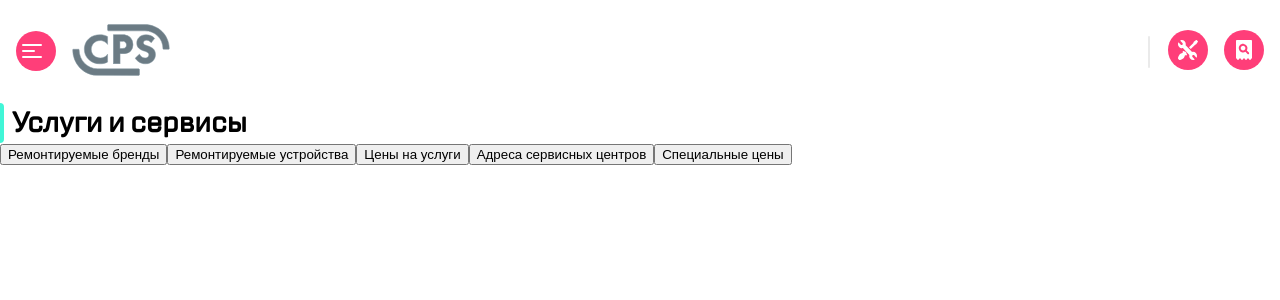
Repository: sem1103/bem
Page: index.html
The author's editor kept a copy of each file at every save. The page is drawn from the files as they stood at one save, then again after the next save.
The browser window is 1280 px wide. The pictures show the whole page.

Above is the page before, as saved 2023-12-27 11:07:51.

### index.html
<!DOCTYPE html>
<html lang="en">
<head>
    <meta charset="UTF-8">
    <meta name="viewport" content="width=device-width, initial-scale=1.0">
    <title>CPS</title>
    <link rel="stylesheet" href="styles/reset.css">
    <link rel="stylesheet" href="styles/main.css">
</head>
<body>
    <div id="page">
        <header>
            <nav>
                <div class="burger">
                    <button class="burger__btn ">
                        <span></span>
                        <span></span>
                        <span></span>
                    </button>
                </div>

                <div class="burger-menu">

                    <ul class="burger-menu__list">
                        <li><a href="">Главная</a></li>
                        <li><a href="">Услуги и сервисы</a></li>
                        <li><a href="">Контакты</a></li>
                        <li><a href="">
                            <svg xmlns="http://www.w3.org/2000/svg" width="40" height="40" viewBox="0 0 40 40" fill="none">
                                <rect width="40" height="40" rx="20" fill="#FF3E79"/>
                                <path fill-rule="evenodd" clip-rule="evenodd" d="M12.7602 23.25L15.3002 22.96C15.9102 22.89 16.5102 23.1 16.9402 23.53L18.7802 25.37C21.6102 23.93 23.9302 21.62 25.3702 18.78L23.5202 16.93C23.0902 16.5 22.8802 15.9 22.9502 15.29L23.2402 12.77C23.3602 11.76 24.2102 11 25.2302 11H26.9602C28.0902 11 29.0302 11.94 28.9602 13.07C28.4302 21.61 21.6002 28.43 13.0702 28.96C11.9402 29.03 11.0002 28.09 11.0002 26.96V25.23C10.9902 24.22 11.7502 23.37 12.7602 23.25Z" fill="white"/>
                              </svg>
                        </a></li>
                        <li><a href="">
                            <svg xmlns="http://www.w3.org/2000/svg" width="40" height="40" viewBox="0 0 40 40" fill="none">
                                <rect width="40" height="40" rx="20" fill="#FF3E79"/>
                                <path fill-rule="evenodd" clip-rule="evenodd" d="M28 11H12C10.9 11 10.01 11.9 10.01 13L10 31L14 26H28C29.1 26 30 25.1 30 24V13C30 11.9 29.1 11 28 11ZM21 22H15C14.45 22 14 21.55 14 21C14 20.45 14.45 20 15 20H21C21.55 20 22 20.45 22 21C22 21.55 21.55 22 21 22ZM25 17H15C14.45 17 14 16.55 14 16C14 15.45 14.45 15 15 15H25C25.55 15 26 15.45 26 16C26 16.55 25.55 17 25 17Z" fill="white"/>
                                <mask id="mask0_0_1880" style="mask-type:luminance" maskUnits="userSpaceOnUse" x="10" y="11" width="20" height="20">
                                  <path fill-rule="evenodd" clip-rule="evenodd" d="M28 11H12C10.9 11 10.01 11.9 10.01 13L10 31L14 26H28C29.1 26 30 25.1 30 24V13C30 11.9 29.1 11 28 11ZM21 22H15C14.45 22 14 21.55 14 21C14 20.45 14.45 20 15 20H21C21.55 20 22 20.45 22 21C22 21.55 21.55 22 21 22ZM25 17H15C14.45 17 14 16.55 14 16C14 15.45 14.45 15 15 15H25C25.55 15 26 15.45 26 16C26 16.55 25.55 17 25 17Z" fill="white"/>
                                </mask>
                                <g mask="url(#mask0_0_1880)">
                                </g>
                              </svg>
                        </a></li>
                        <li><a href="">
                            <svg xmlns="http://www.w3.org/2000/svg" width="40" height="40" viewBox="0 0 40 40" fill="none">
                                <rect width="40" height="40" rx="20" fill="#FF3E79"/>
                                <path d="M20.5 19C22.9853 19 25 16.9853 25 14.5C25 12.0147 22.9853 10 20.5 10C18.0147 10 16 12.0147 16 14.5C16 16.9853 18.0147 19 20.5 19Z" fill="white"/>
                                <path d="M10.0166 26.6118C9.88693 27.3412 10.5352 28 11.339 28H28.6604C29.4902 28 30.1125 27.3412 29.9829 26.6118C29.2309 22.4 25.0561 20 19.9997 20C14.9433 20 10.7686 22.4 10.0166 26.6118Z" fill="white"/>
                              </svg>
                        </a></li>
                    </ul>
                </div>

                <div class="logo">
                    <svg class="logo__item" xmlns="http://www.w3.org/2000/svg" width="98" height="52" viewBox="0 0 98 52" fill="none">
                        <path fill-rule="evenodd" clip-rule="evenodd" d="M36.5703 0.592529C36.018 0.592529 35.5703 1.04024 35.5703 1.59253V5.86748C35.5703 6.41977 36.018 6.86748 36.5703 6.86748H72.8973C83.0242 6.86748 90.9777 14.6641 90.9777 24.757C90.9777 25.0425 91.2092 25.274 91.4948 25.274H96.757C97.0425 25.274 97.274 25.0425 97.274 24.757C97.274 11.2677 86.432 0.592529 72.8973 0.592529H36.5703Z" fill="#6B7B84" stroke="#80949F" stroke-width="0.5"/>
                        <path fill-rule="evenodd" clip-rule="evenodd" d="M7.10682 25.7122C7.10682 25.4702 6.91059 25.2739 6.66853 25.2739H1.16436C0.922303 25.2739 0.726074 25.4702 0.726074 25.7122C0.726074 39.3616 10.9493 50.6311 24.1687 51.3686L66.5104 51.4064C67.063 51.4069 67.5113 50.959 67.5113 50.4064V45.8267C67.5113 45.2745 67.0635 44.8267 66.5113 44.8267H25.6265C15.3903 44.7984 7.10682 36.283 7.10682 25.7122Z" fill="#6B7B84" stroke="#80949F" stroke-width="0.5"/>
                        <path fill-rule="evenodd" clip-rule="evenodd" d="M28.1415 39.7924C30.8803 39.7924 33.1616 39.2603 35.4149 38.1655L35.5704 38.0199V30.1855L34.7273 31.2649C33.1049 33.0378 30.9259 34.0137 28.4608 34.0137C23.8692 34.0137 19.2575 31.0459 19.2575 25.3738C19.2575 21.0874 22.4381 16.532 28.2993 16.532C29.4688 16.532 32.313 16.8085 34.7232 19.368L35.5704 20.4117V12.6127L35.4218 12.4653C33.1258 11.3147 30.7843 10.7554 28.1137 10.7554C23.5467 10.7554 19.9821 11.9577 17.1438 14.4289C15.3435 15.9777 12.3408 19.4485 12.3408 25.2923C12.3408 29.6131 13.8793 32.9875 17.1669 35.9144C20.2252 38.5962 23.6163 39.7924 28.1415 39.7924Z" fill="#6B7B84"/>
                        <path d="M28.1415 39.7924C30.8803 39.7924 33.1616 39.2603 35.4149 38.1655L35.5704 38.0199V30.1855L34.7273 31.2649C33.1049 33.0378 30.9259 34.0137 28.4608 34.0137C23.8692 34.0137 19.2575 31.0459 19.2575 25.3738C19.2575 21.0874 22.4381 16.532 28.2993 16.532C29.4688 16.532 32.313 16.8085 34.7232 19.368L35.5704 20.4117V12.6127L35.4218 12.4653C33.1258 11.3147 30.7843 10.7554 28.1137 10.7554C23.5467 10.7554 19.9821 11.9577 17.1438 14.4289C15.3435 15.9777 12.3408 19.4485 12.3408 25.2923C12.3408 29.6131 13.8793 32.9875 17.1669 35.9144C20.2252 38.5962 23.6163 39.7924 28.1415 39.7924" stroke="#80949F" stroke-width="0.5"/>
                        <path fill-rule="evenodd" clip-rule="evenodd" d="M47.9111 17.2888H49.2755C50.5269 17.2888 51.9533 17.3571 53.0328 18.093C53.56 18.4695 54.4445 19.3412 54.4445 20.9246C54.4445 22.0946 53.9274 23.1437 53.0734 23.7984C51.9783 24.5932 50.6768 24.5476 49.6309 24.5476H47.9111V17.2888ZM50.977 29.8179C54.2084 29.8179 56.7377 28.8858 58.4943 27.1298C60.655 24.9735 60.9779 22.0073 60.9779 20.4435C60.9779 18.7703 60.5813 15.5066 57.9212 13.1435C55.7407 11.2328 53.4142 10.7554 50.1324 10.7554H41.3779V39.7924H48.0365V29.8179H50.977Z" fill="#6B7B84"/>
                        <path d="M47.9111 17.2888V17.0388H47.6611V17.2888H47.9111ZM53.0328 18.093L53.1782 17.8895L53.1736 17.8864L53.0328 18.093ZM53.0734 23.7984L53.2203 24.0007L53.2254 23.9968L53.0734 23.7984ZM47.9111 24.5476H47.6611V24.7976H47.9111V24.5476ZM58.4943 27.1298L58.3177 26.9529L58.3175 26.953L58.4943 27.1298ZM57.9212 13.1435L58.0872 12.9566L58.086 12.9555L57.9212 13.1435ZM41.3779 10.7554V10.5054H41.1279V10.7554H41.3779ZM41.3779 39.7924H41.1279V40.0424H41.3779V39.7924ZM48.0365 39.7924V40.0424H48.2865V39.7924H48.0365ZM48.0365 29.8179V29.5679H47.7865V29.8179H48.0365ZM47.9111 17.5388H49.2755V17.0388H47.9111V17.5388ZM49.2755 17.5388C50.5326 17.5388 51.8839 17.6123 52.892 18.2995L53.1736 17.8864C52.0227 17.1019 50.5212 17.0388 49.2755 17.0388V17.5388ZM52.8875 18.2964C53.3751 18.6447 54.1945 19.4495 54.1945 20.9246H54.6945C54.6945 19.233 53.7448 18.2943 53.1782 17.8895L52.8875 18.2964ZM54.1945 20.9246C54.1945 22.0205 53.7107 22.9948 52.9213 23.5999L53.2254 23.9968C54.1441 23.2926 54.6945 22.1687 54.6945 20.9246H54.1945ZM52.9265 23.596C51.9091 24.3345 50.6971 24.2976 49.6309 24.2976V24.7976C50.6564 24.7976 52.0475 24.8519 53.2202 24.0007L52.9265 23.596ZM49.6309 24.2976H47.9111V24.7976H49.6309V24.2976ZM48.1611 24.5476V17.2888H47.6611V24.5476H48.1611ZM50.977 30.0679C54.2568 30.0679 56.8563 29.1207 58.671 27.3066L58.3175 26.953C56.6191 28.6509 54.1599 29.5679 50.977 29.5679V30.0679ZM58.6709 27.3068C60.9029 25.0793 61.2279 22.0287 61.2279 20.4435H60.7279C60.7279 21.9859 60.407 24.8678 58.3177 26.9529L58.6709 27.3068ZM61.2279 20.4435C61.2279 18.7422 60.8263 15.3898 58.0872 12.9566L57.7552 13.3304C60.3363 15.6233 60.7279 18.7983 60.7279 20.4435H61.2279ZM58.086 12.9555C55.84 10.9874 53.4417 10.5054 50.1324 10.5054V11.0054C53.3867 11.0054 55.6415 11.4782 57.7564 13.3315L58.086 12.9555ZM50.1324 10.5054H41.3779V11.0054H50.1324V10.5054ZM41.1279 10.7554V39.7924H41.6279V10.7554H41.1279ZM41.3779 40.0424H48.0365V39.5424H41.3779V40.0424ZM48.2865 39.7924V29.8179H47.7865V39.7924H48.2865ZM48.0365 30.0679H50.977V29.5679H48.0365V30.0679Z" fill="#80949F"/>
                        <path fill-rule="evenodd" clip-rule="evenodd" d="M80.953 24.4687C79.5053 23.1861 77.4846 22.4425 75.1911 21.6713C73.5569 21.1027 72.6565 20.7894 72.0562 20.2421C71.5824 19.8399 71.3712 19.4033 71.3712 18.8262C71.3712 17.5622 72.2301 16.2113 74.6414 16.2113C76.2801 16.2113 77.6521 16.912 78.7197 18.293L79.1435 18.8414L82.6597 14.3656L82.3392 14.0445C80.1886 11.8924 77.3548 10.7554 74.1439 10.7554C67.6657 10.7554 64.7658 14.9699 64.7658 19.1468C64.7658 21.3882 65.5651 23.196 67.1367 24.5175C68.5437 25.7234 70.2595 26.3991 71.9054 26.9507L72.0914 27.0123C73.553 27.4954 75.0646 27.9954 75.9674 28.8034C76.5955 29.3805 76.8754 30.0076 76.8754 30.8367C76.8754 32.7368 75.379 34.0137 73.152 34.0137C71.3916 34.0137 69.0735 33.1508 67.8471 30.7296L67.5263 30.0953L63.1558 34.1411L63.4135 34.5056C64.8079 36.4801 67.9545 39.7924 73.3594 39.7924C79.3191 39.7924 83.4817 35.9608 83.4817 30.4751C83.4817 27.3374 82.1051 25.4752 80.953 24.4687Z" fill="#6B7B84"/>
                        <path d="M80.953 24.4687C79.5053 23.1861 77.4846 22.4425 75.1911 21.6713C73.5569 21.1027 72.6565 20.7894 72.0562 20.2421C71.5824 19.8399 71.3712 19.4033 71.3712 18.8262C71.3712 17.5622 72.2301 16.2113 74.6414 16.2113C76.2801 16.2113 77.6521 16.912 78.7197 18.293L79.1435 18.8414L82.6597 14.3656L82.3392 14.0445C80.1886 11.8924 77.3548 10.7554 74.1439 10.7554C67.6657 10.7554 64.7658 14.9699 64.7658 19.1468C64.7658 21.3882 65.5651 23.196 67.1367 24.5175C68.5437 25.7234 70.2595 26.3991 71.9054 26.9507L72.0914 27.0123C73.553 27.4954 75.0646 27.9954 75.9674 28.8034C76.5955 29.3805 76.8754 30.0076 76.8754 30.8367C76.8754 32.7368 75.379 34.0137 73.152 34.0137C71.3916 34.0137 69.0735 33.1508 67.8471 30.7296L67.5263 30.0953L63.1558 34.1411L63.4135 34.5056C64.8079 36.4801 67.9545 39.7924 73.3594 39.7924C79.3191 39.7924 83.4817 35.9608 83.4817 30.4751C83.4817 27.3374 82.1051 25.4752 80.953 24.4687" stroke="#80949F" stroke-width="0.5"/>
                      </svg>
                </div>

                <div class="right-nav">
                    <ul class="right-nav__list">
                        <li><a href="">
                            <svg xmlns="http://www.w3.org/2000/svg" width="40" height="40" viewBox="0 0 40 40" fill="none">
                                <rect width="40" height="40" rx="20" fill="#FF3E79"/>
                                <path d="M18.2581 23.4583L18.6668 23.0494L16.95 21.3322L16.5412 21.7411L16.3368 21.5367C16.0098 21.1687 15.6828 20.9643 15.3558 21.0052C15.1105 21.0052 14.9061 21.1687 14.7426 21.414C14.4973 21.8229 14.62 22.2726 14.6608 22.5588C14.6608 22.6406 14.7017 22.6815 14.7017 22.7632C14.7017 22.8859 14.7017 23.0494 14.4156 23.0903C14.0068 23.213 13.4754 23.3356 12.944 23.6218C12.2082 24.0307 11.7176 24.3987 11.4315 24.7666C9.91902 26.7291 10.0008 28.4055 10.0008 28.4872C10.0008 28.6099 10.0417 28.6917 10.1234 28.7325L11.2271 29.8773C11.3089 29.9591 11.3906 30 11.4724 30C11.4724 30 11.5133 30 11.595 30C12.0038 30 13.4754 29.9182 15.1922 28.569C15.5601 28.2828 15.928 27.7922 16.3368 27.0562C16.623 26.5656 16.7865 26.0341 16.8682 25.5844C16.95 25.2982 17.0726 25.2982 17.1953 25.2982C17.2361 25.2982 17.3179 25.339 17.3996 25.339C17.5631 25.3799 17.7267 25.4208 17.931 25.4208C18.1354 25.4208 18.3398 25.3799 18.5442 25.2573C18.7895 25.0937 18.953 24.8893 18.9939 24.644C19.0347 24.3169 18.8712 23.9898 18.5033 23.7036L18.2581 23.4583Z" fill="white"/>
                                <path d="M26.884 14.8784L28.0188 14.326C28.0609 14.2835 28.1449 14.241 28.1869 14.1986L29.9101 11.8616C30.0362 11.6916 30.0362 11.4367 29.8681 11.3092L28.6913 10.1195C28.5652 9.99199 28.313 9.9495 28.1449 10.077L25.8333 11.8191C25.7913 11.8616 25.7493 11.9041 25.7072 11.989L25.1609 13.1363L21 17.2154L22.7652 19L26.884 14.8784Z" fill="white"/>
                                <path d="M27.8527 23.0448C26.8636 22.0036 25.4393 21.6288 24.0941 22.0036L17.6453 15.1733C17.7244 14.7985 17.764 14.4653 17.764 14.0905C17.764 13.0493 17.3683 12.0081 16.6166 11.2167C15.588 10.0923 14.045 9.71742 12.6207 10.2172C12.5416 10.2588 12.4229 10.3838 12.3833 10.5504C12.3833 10.6753 12.4229 10.8003 12.502 10.9252L14.4406 12.966C14.8758 13.4241 14.8758 14.2154 14.4406 14.6735C14.0054 15.1317 13.2537 15.1317 12.8185 14.6735L10.8799 12.6328C10.7612 12.5495 10.6425 12.5078 10.4843 12.5495C10.3656 12.5495 10.2469 12.6744 10.2073 12.7994C9.73256 14.2571 10.0886 15.8813 11.1173 16.9642C11.8294 17.7555 12.8581 18.172 13.8867 18.172C14.2032 18.172 14.5593 18.1303 14.8758 18.047L21.3642 24.8773C21.0082 26.2933 21.4038 27.7927 22.3533 28.8339C23.105 29.6252 24.0546 30 25.0832 30C25.5184 30 25.914 29.9167 26.3492 29.7918C26.4679 29.7501 26.5866 29.6252 26.6262 29.5002C26.6658 29.3753 26.6262 29.2087 26.5075 29.1254L24.5689 27.0846C24.3711 26.8764 24.2128 26.5432 24.2128 26.21C24.2128 25.8768 24.3315 25.5853 24.5689 25.3354C24.8063 25.0855 25.0832 24.9606 25.3997 24.9606C25.7162 24.9606 25.9932 25.0855 26.2306 25.3354L28.1692 27.3762C28.2879 27.4595 28.4065 27.5011 28.5252 27.5011C28.6439 27.4595 28.7626 27.3762 28.8022 27.2512C28.9209 26.8348 29 26.3766 29 25.9185C29 24.8356 28.6044 23.7944 27.8527 23.0448Z" fill="white"/>
                              </svg>
                        </a></li>

                        <li><a href="">
                            <svg xmlns="http://www.w3.org/2000/svg" width="40" height="40" viewBox="0 0 40 40" fill="none">
                                <rect width="40" height="40" rx="20" fill="#FF3E79"/>
                                <path fill-rule="evenodd" clip-rule="evenodd" d="M12 11C12 10.4477 12.4477 10 13 10H27C27.5523 10 28 10.4477 28 11V28.5C27.1716 28.5 26.5 29.1715 26.5 29.9999H25.5C25.5 29.1715 24.8284 28.5 24 28.5C23.1716 28.5 22.5 29.1715 22.5 29.9999H21.5C21.5 29.1715 20.8284 28.5 20 28.5C19.1716 28.5 18.5 29.1715 18.5 29.9999H17.5C17.5 29.1715 16.8284 28.5 16 28.5C15.1716 28.5 14.5 29.1715 14.5 29.9999H13.5C13.5 29.1715 12.8284 28.5 12 28.5V11ZM21.4163 21.7884C20.5536 22.3443 19.4703 22.5936 18.3296 22.3827C16.5274 22.0472 15.0895 20.5326 14.8595 18.7114C14.4952 15.8261 16.9492 13.4201 19.8538 13.8802C21.656 14.1677 23.1034 15.6439 23.4006 17.4365C23.5828 18.5484 23.3239 19.5741 22.7871 20.4272L24.896 22.5265C25.2699 22.9003 25.2699 23.5138 24.896 23.8876C24.5126 24.2711 23.8991 24.2711 23.5252 23.8972L21.4163 21.7884ZM16.7058 18.0588C16.7058 16.7599 17.7599 15.7058 19.0588 15.7058C20.3576 15.7058 21.4117 16.7599 21.4117 18.0588C21.4117 19.3576 20.3576 20.4117 19.0588 20.4117C17.7599 20.4117 16.7058 19.3576 16.7058 18.0588Z" fill="white"/>
                              </svg>
                        </a></li>
                    </ul>
                </div>
            </nav>
        </header>

        <main>
            <div class="title">
                <h1>
                    Услуги и сервисы
                </h1>
                <ul class="title__nav">
                    <li><a href=""></a></li>
                    <li><a href=""></a></li>
                </ul>
            </div>

            <div class="navigation">
                <ul class="navigation__list">
                    <li><button>Ремонтируемые бренды</button></li>
                    <li><button>Ремонтируемые устройства</button></li>
                    <li><button>Цены на услуги</button></li>
                    <li><button>Адреса сервисных центров</button></li>
                    <li><button>Специальные цены</button></li>
                </ul>
            </div>
        </main>

        <footer></footer>
    </div>
</body>
</html>

### styles/reset.css
:root{
    --green: #57aa32;
    --gray: #2e2d2c;
}
html{
    scroll-behavior: smooth;
}
html,
body,
div,
span,
applet,
object,
iframe,
h1,
h2,
h3,
h4,
h5,
h6,
p,
blockquote,
pre,
a,
abbr,
acronym,
address,
big,
cite,
code,
del,
dfn,
em,
img,
ins,
kbd,
q,
s,
samp,
small,
strike,
strong,
sub,
sup,
tt,
var,
b,
u,
i,
center,
dl,
dt,
dd,
ol,
ul,
li,
fieldset,
form,
label,
legend,
table,
caption,
tbody,
tfoot,
thead,
tr,
th,
td,
article,
aside,
canvas,
details,
embed,
figure,
figcaption,
footer,
header,
hgroup,
menu,
nav,
output,
ruby,
section,
summary,
time,
mark,
audio,
video {
    margin: 0;
    padding: 0;
    border: 0;
    font-size: 100%;
    font: inherit;
    vertical-align: baseline
}

article,
aside,
details,
figcaption,
figure,
footer,
header,
hgroup,
menu,
nav,
section {
    display: block
}

body {
    line-height: 1;
}

ol,
ul {
    list-style: none
}

blockquote,
q {
    quotes: none
}

blockquote:before,
blockquote:after,
q:before,
q:after {
    content: '';
    content: none
}

table {
    border-collapse: collapse;
    border-spacing: 0
}

a {
    text-decoration: none;
    color: #365edc;
    transition: all .3s ease-in-out
}

a:hover {
    color: #365edc;
}

* {
    box-sizing: border-box
}




.active__menu{
    opacity: .7;
    color: var(--gray);
}
#page{
    min-height: 100vh;
}

.container{
    max-width: 1160px;
    margin: auto;
    padding: 0 15px;
}
main img{
    width: 100%;
    height: auto;
}

### styles/main.css
:root{
    --pink: #FF3E79;
}
@font-face {
    font-family: 'TT Lakes Medium';
    src: url('../fonts/TTLakes-Medium.eot');
    src: url('../fonts/TTLakes-Medium.eot?#iefix') format('embedded-opentype'),
    url('../fonts/TTLakes-Medium.woff') format('woff'),
    url('../fonts/TTLakes-Medium.ttf') format('truetype');
    font-weight: normal;
    font-style: normal;
    }
h1{
    font:700 28px/40px 'TT Lakes Medium';
    position: relative;
    padding: 0 0 0 12px;
}
h1::before{
    content: '';
    position: absolute;
    width: 4px;
    height: 100%;
    left: 0;
    background: #41F6D7;
    border-radius: 0 5px 5px 0;
}
.container{
    max-width: 1120px;
    margin: 0 auto;
}
header{
    position: relative;
    padding: 24px 16px;
}
nav{
    display: flex;
    align-items: center;
}
nav > div:last-child{
    margin: 0 0 0 auto;
}
.burger-menu{
    position: absolute;
    left: -300%;
}
.burger__btn{
    width: 40px;
    height: 40px;
    background: var(--pink);
    border: 0;
    border-radius: 50%;
    position: relative;
    cursor: pointer;
    margin: 0 16px 0 0;
}
.burger__btn span{
    display: block;
    width: 20px;
    height: 2px;
    background: #fff;
    border-radius: 5px;
    position: absolute;
    top: 50%;
    transform: translate(0, -50%);
}
.burger__btn span:first-child{
    top: 35%;
}
.burger__btn span:nth-child(2){
    width: 13px;
}
.burger__btn span:last-child{
    top: 65%;
}

.right-nav__list{
    display: flex;
    gap: 16px;
    position: relative;
}
.logo__item{
    position: relative;
}
.right-nav__list::before{
    content: "";
    position: absolute;
    left: -20px;
    height: 32px;
    top: 50%;
    transform: translateY(-50%);
    width: 2px;
    border-radius: 1px;
    background-color: #EAEAEA;
}

.navigation__list{
    display: flex;
    overflow: auto;
}
.navigation__list li{
    color: #7E7E82;
    font: 500 16px 'TT Lakes Medium';
}

After the next save:
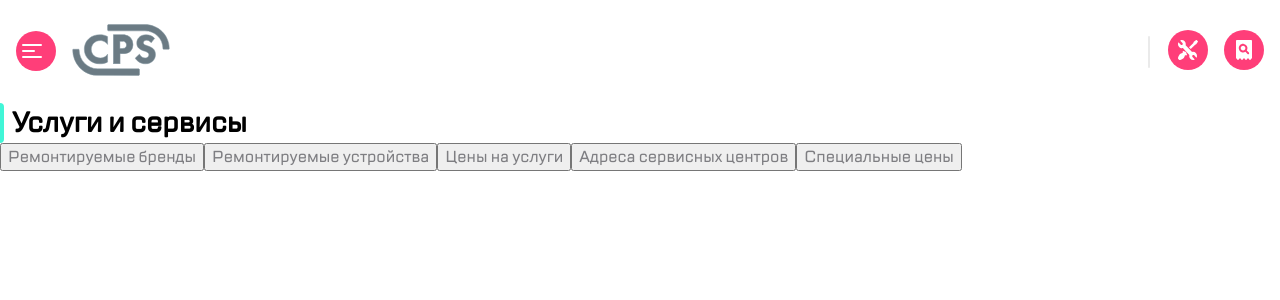
Saved 9 s later.
--- a/styles/main.css
+++ b/styles/main.css
@@ -97,7 +97,7 @@
     display: flex;
     overflow: auto;
 }
-.navigation__list li{
+.navigation__list button{
     color: #7E7E82;
     font: 500 16px 'TT Lakes Medium';
 }
